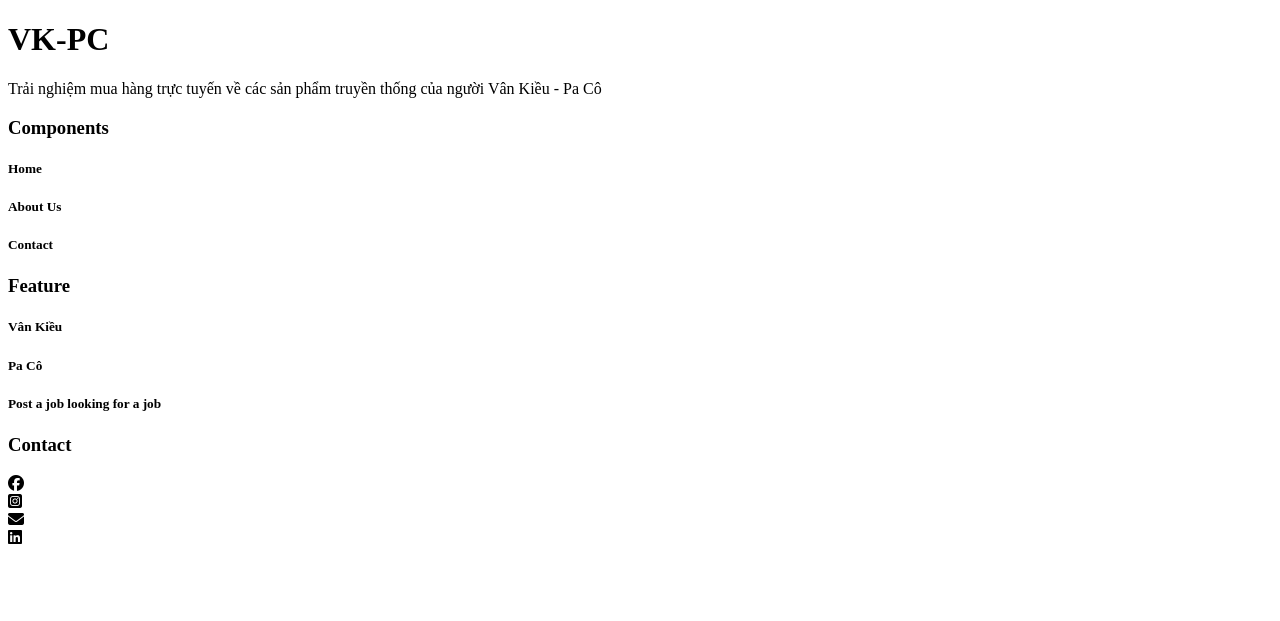
Repository: DangVai/LocalProduct
Page: http://localhost/LocalProduct/Views/frontend/footer.php
An editor plug-in stored every save of this project. The page is shown before and after a run of saves, followed by the edit.
The browser window is 1280 px wide. The pictures show the whole page.
The page is run by PHP 8.4 with error messages shown; the project is at /var/www/html/.

Above is the page before, as saved 2024-12-17 19:23:37.

### Views/frontend/footer.php
<!DOCTYPE html>
<html lang="en">
<head>
    <meta charset="UTF-8">
    <meta name="viewport" content="width=device-width, initial-scale=1.0">
    <title>Document</title>
    <link rel="stylesheet" href="https://cdnjs.cloudflare.com/ajax/libs/font-awesome/6.7.1/css/all.min.css" integrity="sha512-5Hs3dF2AEPkpNAR7UiOHba+lRSJNeM2ECkwxUIxC1Q/FLycGTbNapWXB4tP889k5T5Ju8fs4b1P5z/iB4nMfSQ==" crossorigin="anonymous" referrerpolicy="no-referrer" />
</head>
<body>
<div class="footer">
    <div class="left-footer">
        <h1>VK-PC</h1>
        <p>Trải nghiệm mua hàng trực tuyến về các sản phẩm truyền thống của người Vân Kiều - Pa Cô<p>
    </div>
    <div class="right-footer">
        <div class="components">
            <h3>Components</h3>
            <h5>Home</h5>
            <h5>About Us</h5>
            <h5>Contact</h5>
        </div>
        <div class="feature">
            <h3>Feature</h3>
            <h5>Vân Kiều</h5>
            <h5>Pa Cô</h5>
            <h5></h5>
            <h5>Post a job looking for a job</h5>
        </div>
        <div class="contact">
            <h3>Contact</h3>
            <div class="logo">
                <div><i class="fa-brands fa-facebook"></i></div>
                <div><i class="fa-brands fa-square-instagram"></i></div>
                <div><i class="fa-solid fa-envelope"></i></div>
                <div><i class="fa-brands fa-linkedin"></i></div>
            </div>
        </div>
    </div>
</div>
</body>
</html>

After the next 2 saves:
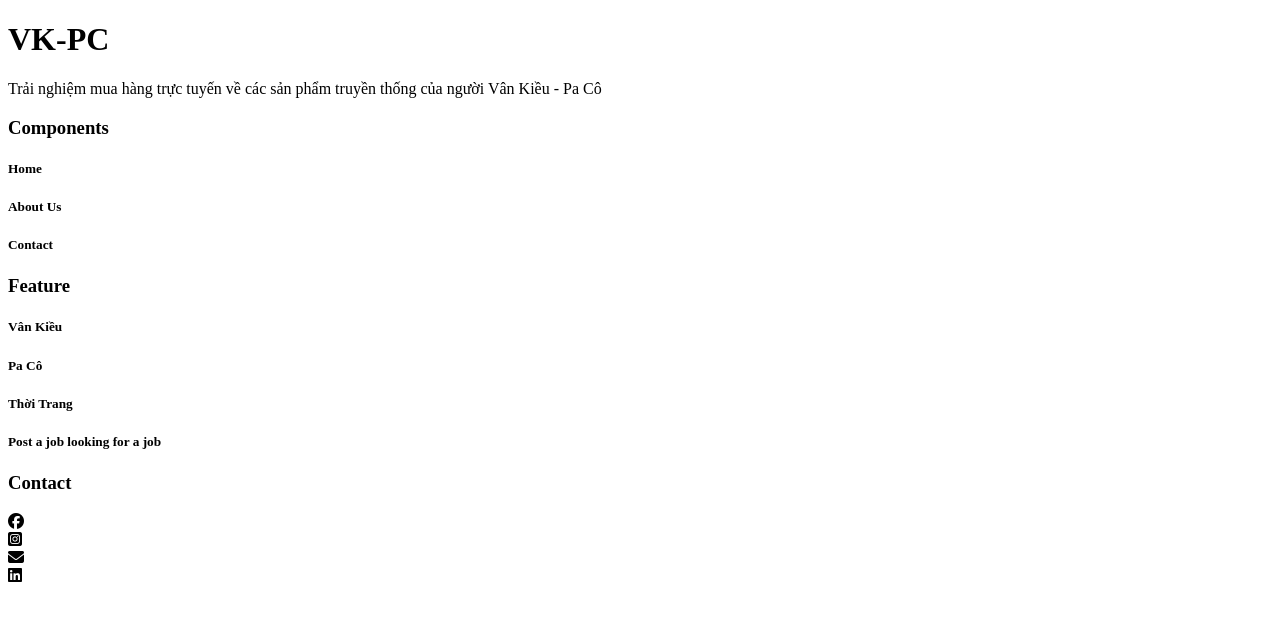
The 2 saves are shown as one change because they came seconds apart.
The last was saved 8 s later.
--- a/Views/frontend/footer.php
+++ b/Views/frontend/footer.php
@@ -23,7 +23,7 @@
             <h3>Feature</h3>
             <h5>Vân Kiều</h5>
             <h5>Pa Cô</h5>
-            <h5></h5>
+            <h5>Thời Trang</h5>
             <h5>Post a job looking for a job</h5>
         </div>
         <div class="contact">
